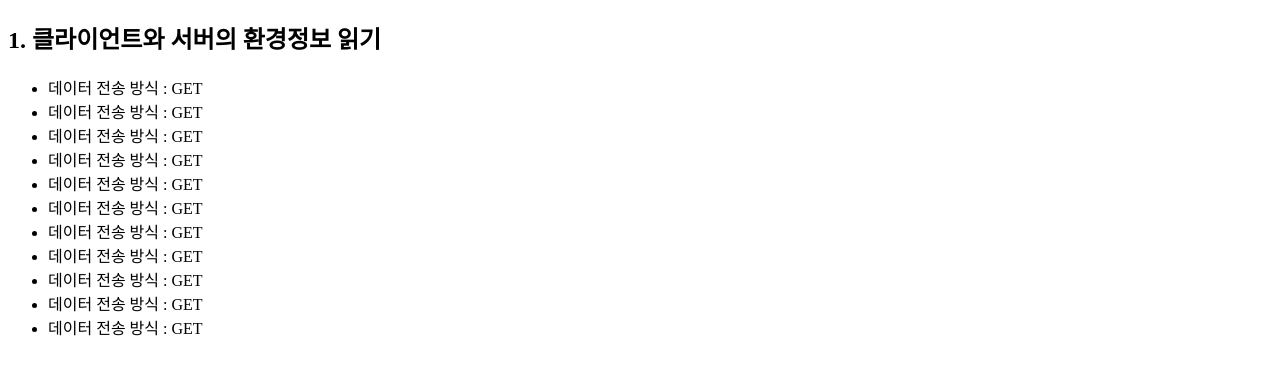
Repository: iamstudybox00/JSP_Servlet
Page: http://localhost/MustHaveJSP/02ImplicitObject/RequestWebInfo.jsp
These files come from the project's save history. The page is drawn as it stood at one moment and after a run of saves; the edit follows.
The browser window is 1280 px wide. The pictures show the whole page.
The page is served by Tomcat 10.

Above is the page before, as saved 2025-05-02 05:59:15.

After the next 2 saves:
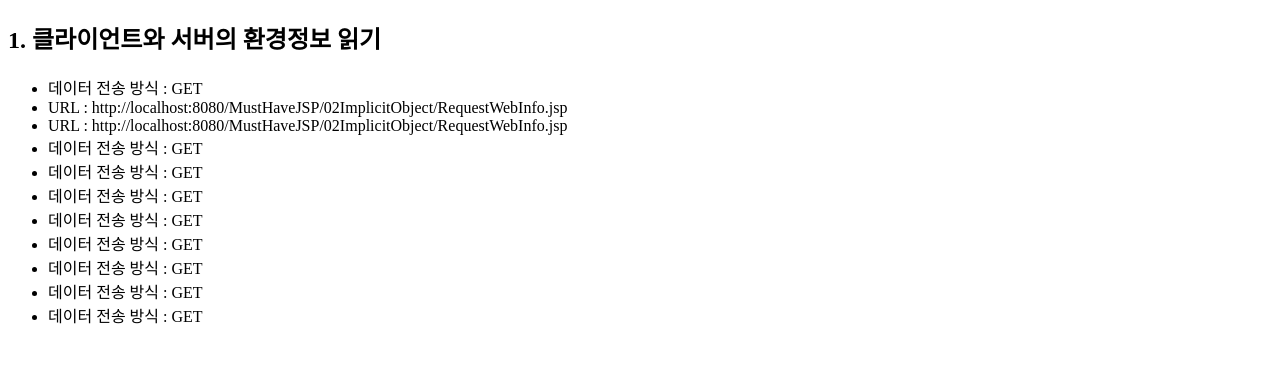
The 2 saves are shown as one change because they came seconds apart.
The last was saved 19 s later.
--- a/MustHaveJSP/src/main/webapp/02ImplicitObject/RequestWebInfo.jsp
+++ b/MustHaveJSP/src/main/webapp/02ImplicitObject/RequestWebInfo.jsp
@@ -9,8 +9,8 @@
 		<h2>1. 클라이언트와 서버의 환경정보 읽기</h2>
 		<ul>
 			<li>데이터 전송 방식 : <%= request.getMethod() %></li>
-			<li>데이터 전송 방식 : <%= request.getMethod() %></li>
-			<li>데이터 전송 방식 : <%= request.getMethod() %></li>
+			<li>URL : <%= request.getRequestURL() %></li>
+			<li>URL : <%= request.getRequestURL() %></li>
 			<li>데이터 전송 방식 : <%= request.getMethod() %></li>
 			<li>데이터 전송 방식 : <%= request.getMethod() %></li>
 			<li>데이터 전송 방식 : <%= request.getMethod() %></li>
